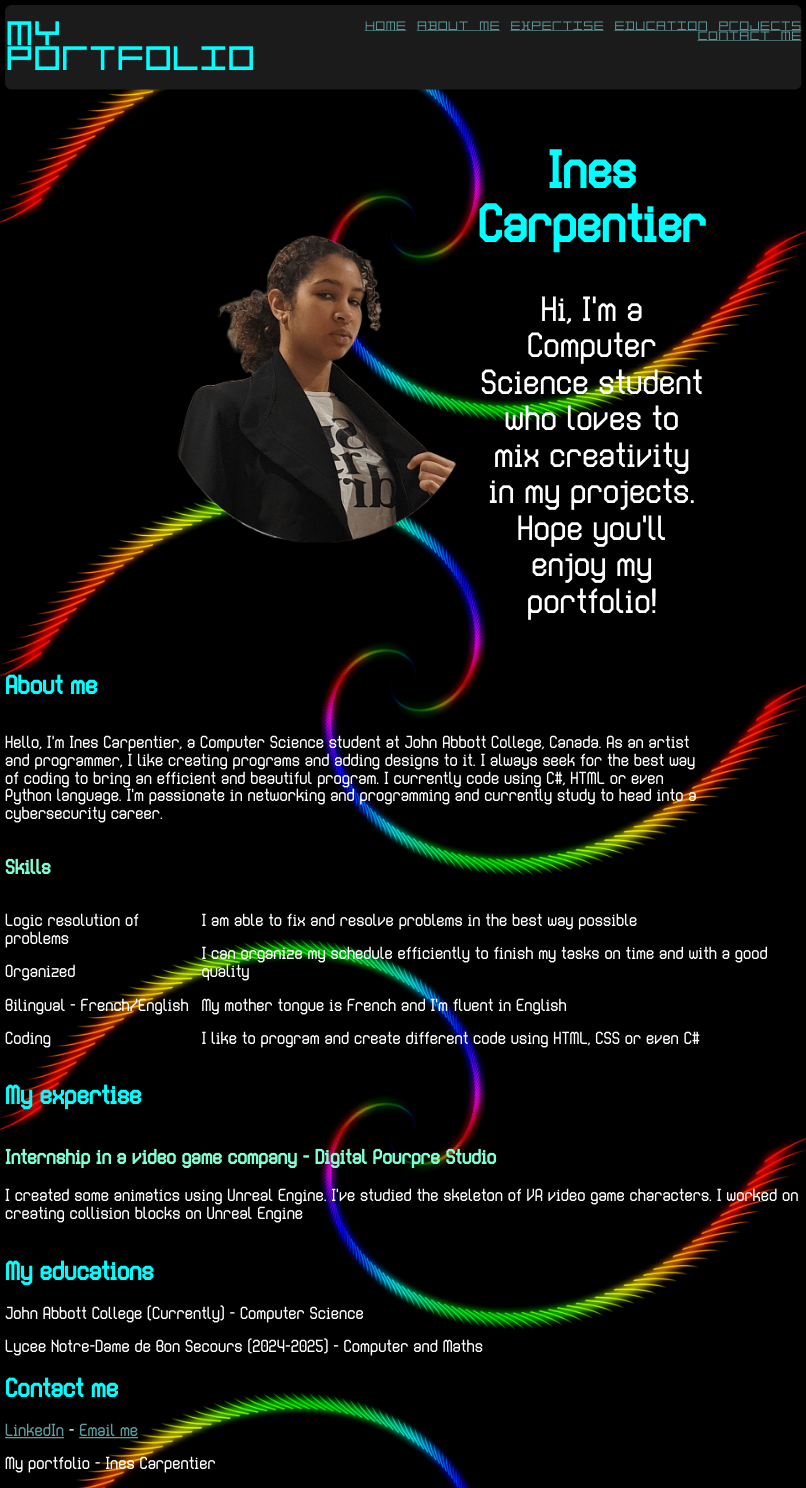
Repository: InsCarp/InsCarp
Page: index.html
The author's editor kept a copy of each file at every save. The page is drawn from the files as they stood at one save, then again after the next save.
The browser window is 1280 px wide. The pictures show the whole page, at 63% of full size.
Backgrounds fixed to the window are drawn as part of the page.

Above is the page before, as saved 2026-05-12 09:03:19.

### index.html
<!DOCTYPE html>
<html lang="en">
<head>
    <meta charset="UTF-8">
    <meta name="viewport" content="width=device-width, initial-scale=1.0">
    <link rel="icon" href="/assets/images/Logo.svg" type="image/svg" />
    <link rel="stylesheet" href="/styles/globals.css" type="text/css"/>
    <link rel="stylesheet" href="/styles/index.css" type="text/css"/>

    <title>Portfolio - Ines Carpentier</title>
</head>
<header>
    <h1 id="Title">My portfolio</h1>
    <nav>
        <a href="index.html">Home</a>
        <a href="#About">About me</a>
        <a href="#Expertise">Expertise</a>
        <a href="#Education">Education</a>
        <a href="project.html">Projects</a> <!--Put my project page here-->
        <a href="#Contact">Contact me</a>
    </nav>
</header>
<body>
    <div class="Intro">
        <article>
            <img
               src="/assets/images/me.png" id="Me" alt="My image"/>
        </article>
        <article id="intro">
            <h2>Ines Carpentier</h2>
            <p>Hi, I'm a Computer Science student who loves to mix creativity in my projects.
                Hope you'll enjoy my portfolio!</p>
        </article>
    </div>

        <h2 id="About">About me</h2>
        <section class="about">
            <p>Hello, I'm Ines Carpentier, a Computer Science student at John Abbott College, Canada. As an artist and programmer, I like creating programs and adding designs to it. I always seek for the
             best way of coding to bring an efficient and beautiful program. I currently code using C#, HTML or even Python language. I'm passionate in networking and programming and currently study to head into a cybersecurity career.
            </p>
        </section>
        <h3>Skills</h3>
        <section class="Skills">
            <article>
            <p>Logic resolution of problems</p>
            <p>Organized</p>
            <p>Bilingual - French/English</p>
            <p>Coding</p>
        </article>
        <article>
            <p>I am able to fix and resolve problems in the best way possible</p>
            <p>I can organize my schedule efficiently to finish my tasks on time and with a good quality</p>
            <p>My mother tongue is French and I'm fluent in English</p>
            <P>I like to program and create different code using HTML, CSS or even C#</P>
        </article>
        </section>


        <h2 id="Expertise">My expertise</h2>
        <section>
            <article>
            <h3>Internship in a video game company - Digital Pourpre Studio</h3>
            <p>I created some animatics using Unreal Engine. I've studied the skeleton of VR video game characters. I worked on creating collision blocks on Unreal Engine</p>
        </article>
        </section>


        <h2 id="Education">My educations</h2>
        <p>John Abbott College (Currently) - Computer Science
        </p>
        <p>Lycee Notre-Dame de Bon Secours (2024-2025) - Computer and Maths</p>


        <h2 id="Contact">Contact me</h2>
        <p><a href="https://www.linkedin.com/in/ines-carpentier-690b8b387/" target="blank">LinkedIn</a> - <a href="mailto:carpentierines4@gmail.com">Email me</a></p>

</body>
<footer>
    <p>My portfolio - Ines Carpentier</p>
</footer>
</html>

### styles/globals.css
@font-face {
    font-family: Title;
    src: url(/assets/fonts/Y224-2vdae.ttf);
}
@font-face {
    font-family: Portfolio;
    src: url(/assets/fonts/Eightgon-OGn6p.ttf);
}

html{
    font-size:25px;
}

a {
    color:cadetblue;
}

a:visited{
    color:aquamarine;
}
a:hover{
    color:greenyellow;
}
a:active{
    color:yellow;
}

body{
    background-color:rgb(0, 2, 36);
    color:rgb(255, 255, 255);
    background-image: url(../assets/images/back.gif);
    background-size: cover;
    background-repeat: no-repeat;
    background-attachment: fixed;
    font-family: Portfolio;
}




h1, h2{
    color:aqua;

}

h3{
    color:aquamarine;
}


header {

    display: flex;

    flex-direction: row;
    font-family: Title;
    justify-content: space-between;
    background-color:rgb(27, 27, 27);
    border-radius: 10px;
    font-size:0.8rem;


}
nav{
    display:none;
}


@media only screen and (min-width: 800px){
    header {
    display: flex;
    flex-direction: row;
    font-family: Title;
    justify-content: space-between;

}
nav{
    text-align:right;
    display:initial;
    font-size:0.4rem;
    margin-top:8%;


}
}

@media only screen and (min-width: 1200px){
    header {
    display: flex;
    flex-direction: row;
    font-family: Title;
    justify-content: space-between;



}
nav{
    text-align:right;
    display:initial;
    font-size:0.6rem;
    margin-top:2%;



}
}

### styles/index.css
.Intro{
    margin-top: 1rem;
    display:flex;
    flex-direction: column;
    align-items: center;
}

#intro{

    text-align: center;
    font-size:2rem;

}

#Me{
    margin-top: 1rem;
    width:15rem;
}


@media only screen and (min-width: 800px){
    .Intro{
    margin-top: 1rem;
    display:flex;
    flex-direction: row;
    justify-content: space-between;
}

#intro{

    text-align: center;
    font-size:2rem;
    width: 20rem;
    margin-right: 10rem;
}

#Me{
    margin-left:10rem;
    width:20rem;
}
}

.about{
    width:45rem;
}

section{
    display: flex;
    flex-direction:row;
    justify-content: space-between;
}

After the next save:
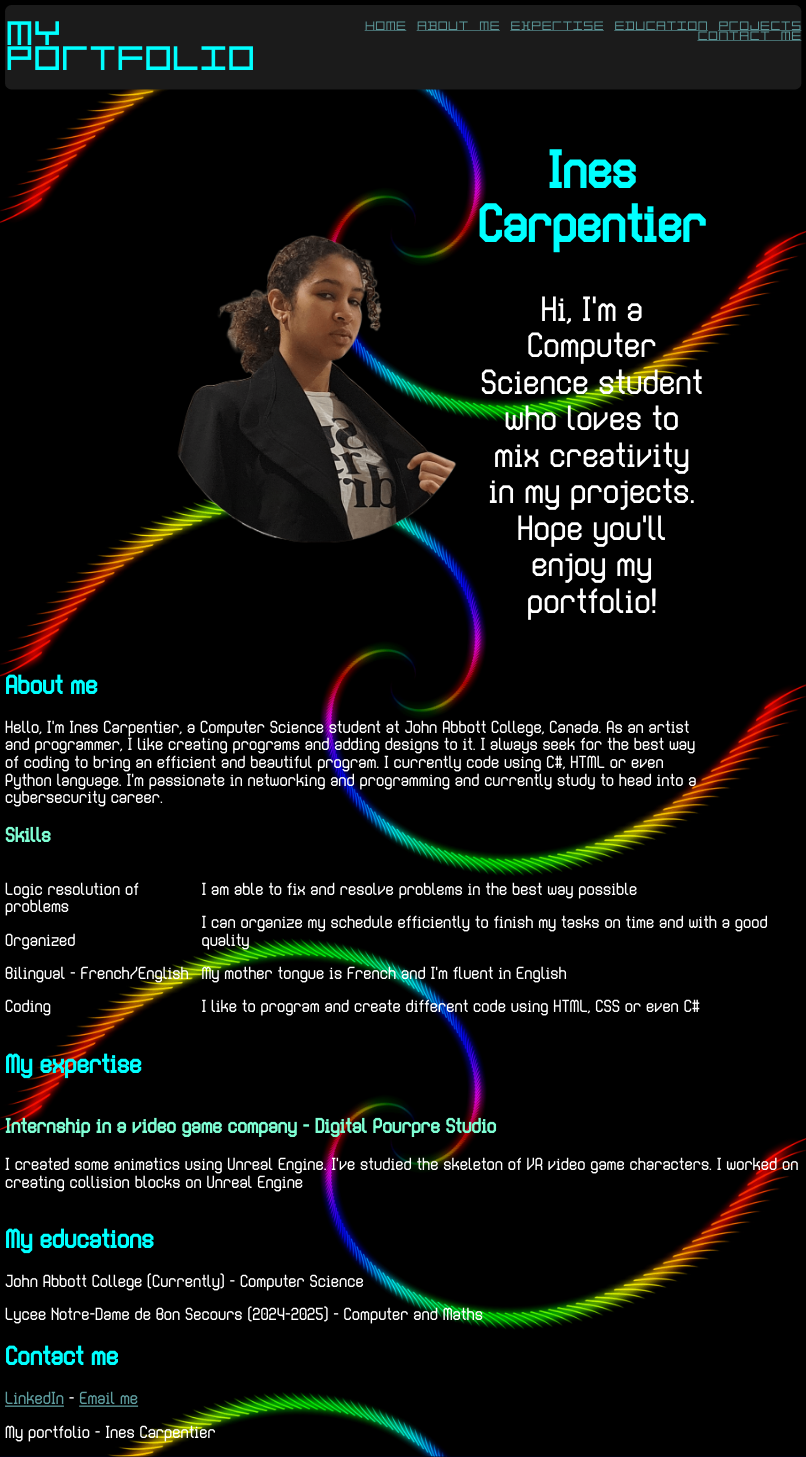
Saved 54 s later.
--- a/index.html
+++ b/index.html
@@ -34,11 +34,11 @@
     </div>
 
         <h2 id="About">About me</h2>
-        <section class="about">
+        <div class="about">
             <p>Hello, I'm Ines Carpentier, a Computer Science student at John Abbott College, Canada. As an artist and programmer, I like creating programs and adding designs to it. I always seek for the
              best way of coding to bring an efficient and beautiful program. I currently code using C#, HTML or even Python language. I'm passionate in networking and programming and currently study to head into a cybersecurity career.
             </p>
-        </section>
+        </div>
         <h3>Skills</h3>
         <section class="Skills">
             <article>
